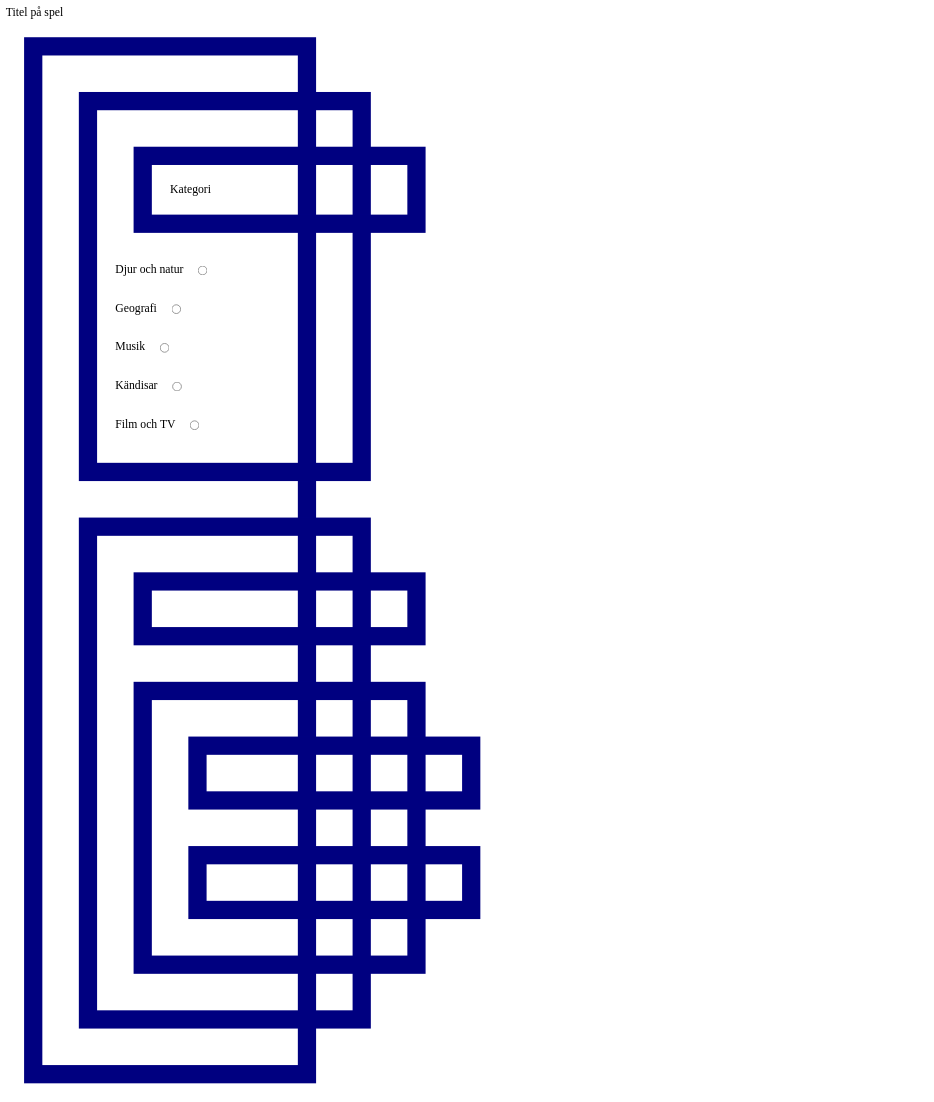
Repository: ed222gg/project2
Page: pages/start.html
The author's editor kept a record of every edit. The page is drawn from the files as they stood at one moment, then again after the next edit.
The browser window is 1280 px wide. The pictures show the whole page, at 73% of full size.

Above is the page before.

After the next edit:
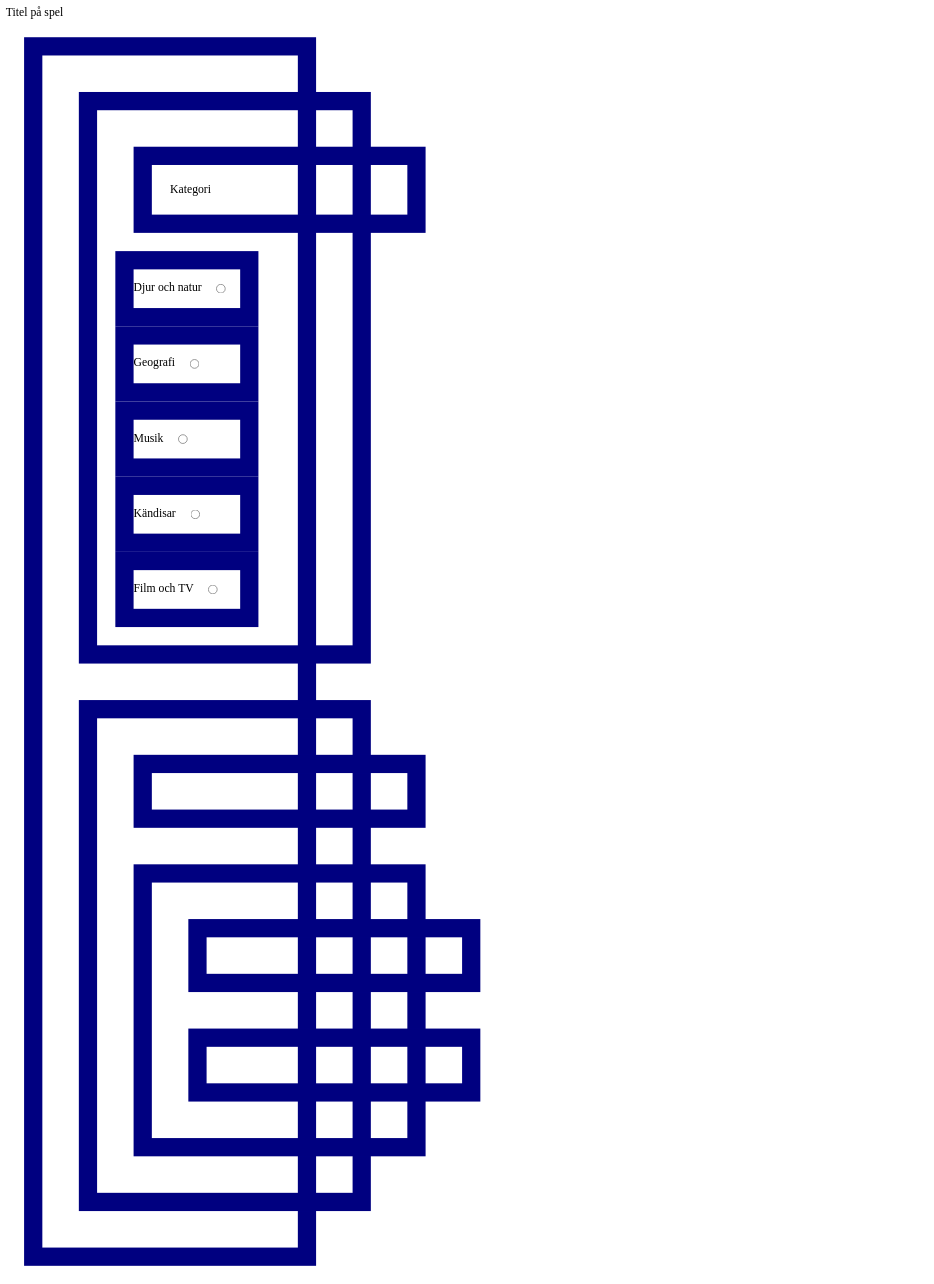
The edit:
--- a/pages/start.html
+++ b/pages/start.html
@@ -13,11 +13,11 @@
         <div id="container">
             <div id="CategoryTitle">Kategori</div>
             <div id="categories">
-                <div><p>Djur och natur</p><input type="radio" id="c0" name="category" value="0"></div>
-                <div><p>Geografi</p><input type="radio" id="c1" name="category" value="1"></div>
-                <div><p>Musik</p><input type="radio" id="c2" name="category" value="2"></div>
-                <div><p>Kändisar</p><input type="radio" id="c3" name="category" value="3"></div>
-                <div><P>Film och TV</p><input type="radio" id="c4" name="category" value="4"></div>
+                <div class="c"><p>Djur och natur</p><input type="radio" id="c0" name="category" value="0"></div>
+                <div class="c"><p>Geografi</p><input type="radio" id="c1" name="category" value="1"></div>
+                <div class="c"><p>Musik</p><input type="radio" id="c2" name="category" value="2"></div>
+                <div class="c"><p>Kändisar</p><input type="radio" id="c3" name="category" value="3"></div>
+                <div class="c"><P>Film och TV</p><input type="radio" id="c4" name="category" value="4"></div>
             </div>
         </div>
         <!-- <template id="tamplate"> -->
